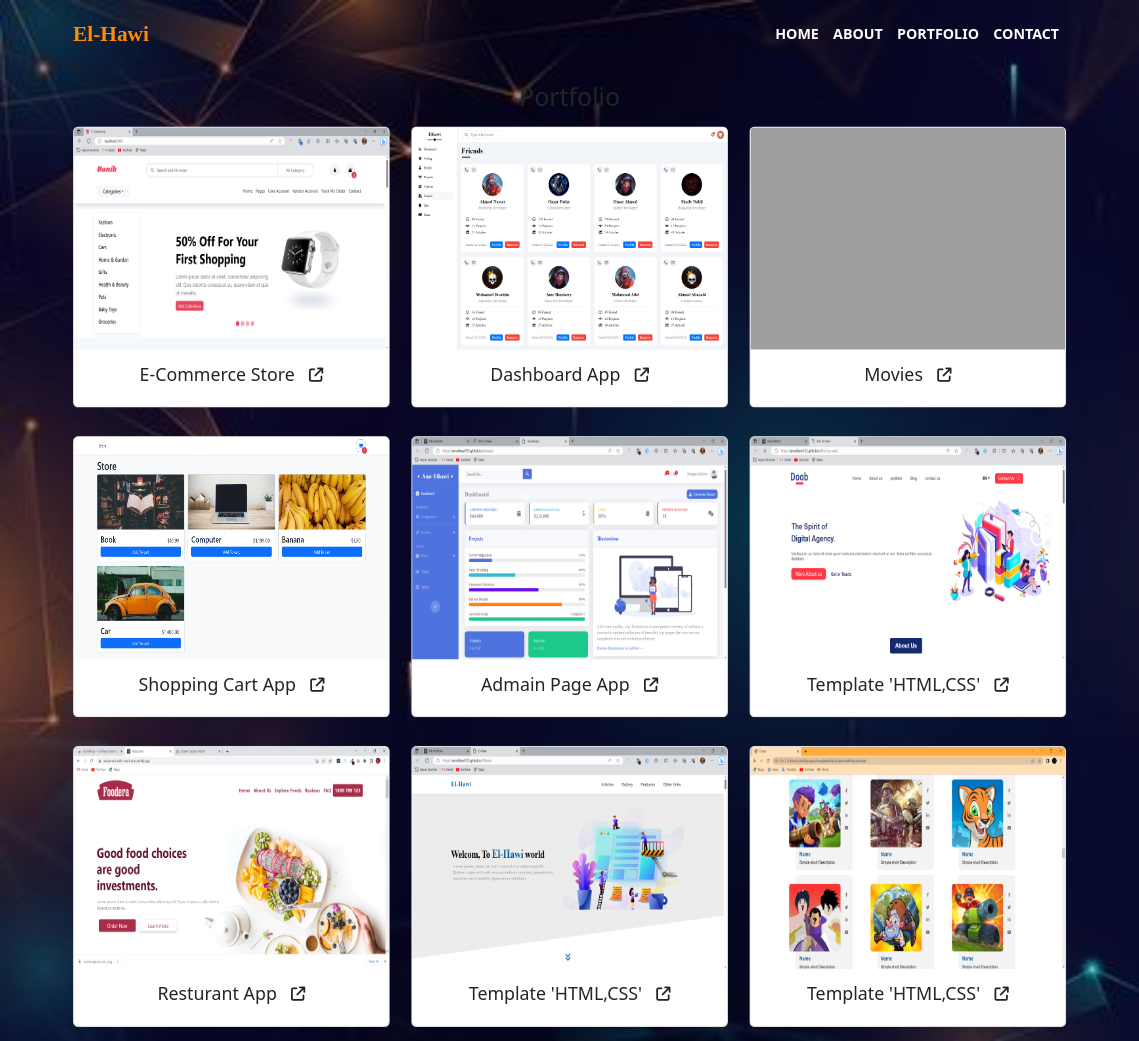
Repository: amralhawi123/Portfolio
Page: /portfolio
These files come from the project's save history. The page is drawn as it stood at one moment and after the next save; the edit follows.
The browser window is 1280 px wide. The pictures show the whole page, at 89% of full size.
Pictures or frames that could not be fetched are drawn as grey boxes. The project was rebuilt for these pictures with package versions that can differ from the ones it lists, and the page was loaded fresh each time. Also part of the build but not shown: src/components/landing/landing.css, src/components/landing/landing.js, src/components/about/about.css, src/components/about/About.js, src/components/contact/contact.js. Imported but missing from the stored project, and not drawn on this page: src/image/Amr Mahmoud Alhawi.pdf.

Above is the page before, as saved 2023-08-28 17:29:26.

After the next save:
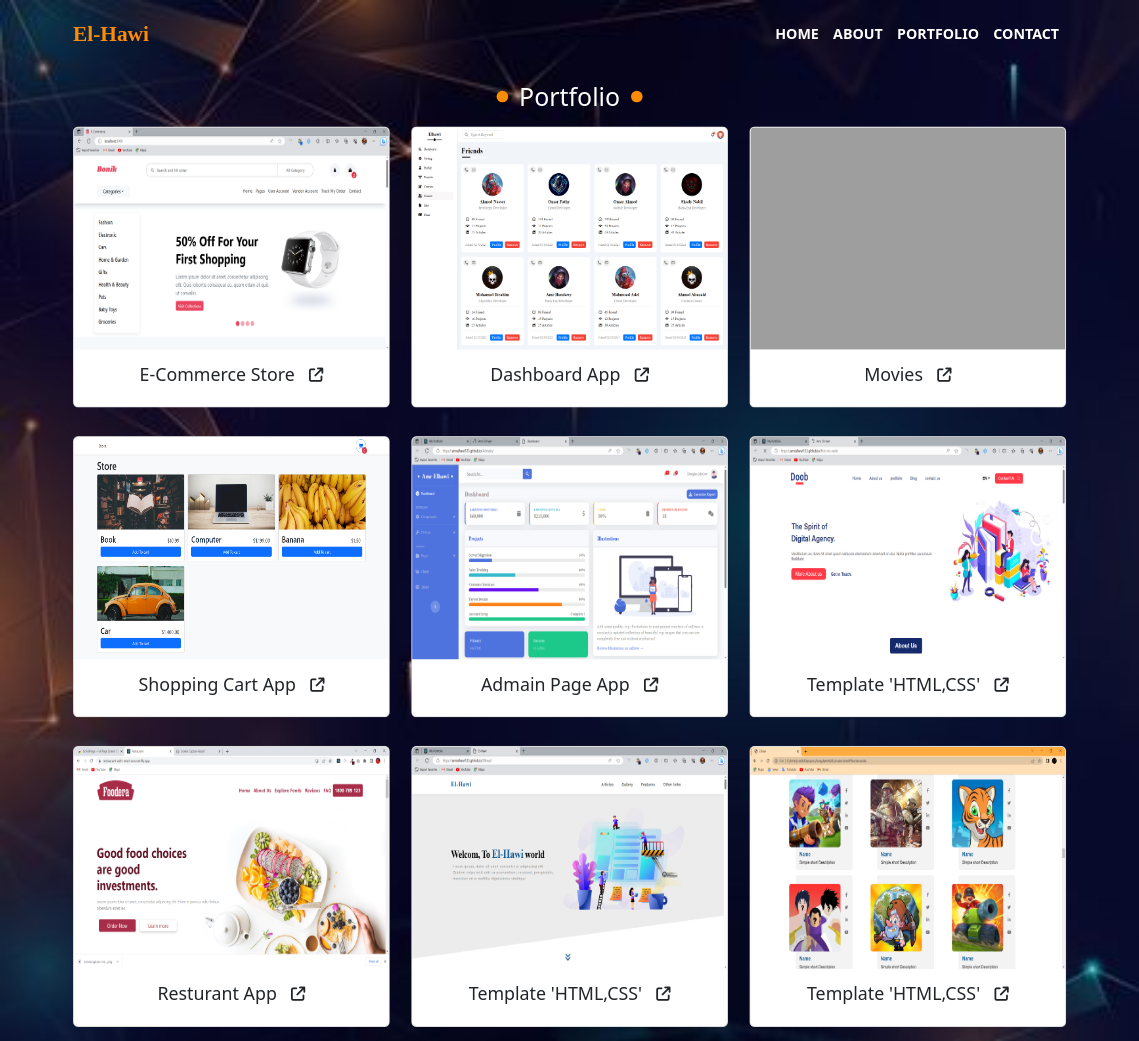
Saved 19 s later.
--- a/src/components/contact/contact.css
+++ b/src/components/contact/contact.css
@@ -21,3 +21,28 @@
    background-color: darkorange !important;
    border-color: darkorange !important;
 }
+.portfolio  h3{
+   color: white;
+   position: relative;
+   display: inline-block;
+}
+.portfolio  h3::before{
+   content: '';
+   position: absolute;
+   background-color: darkorange;
+   width: 13px;
+   height: 13px;
+   border-radius: 50%;
+   left: -25px;
+   top: 30%;
+}
+.portfolio  h3::after{
+   content: '';
+   position: absolute;
+   background-color: darkorange;
+   width: 13px;
+   height: 13px;
+   border-radius: 50%;
+   right: -25px;
+   top: 30%;
+}
